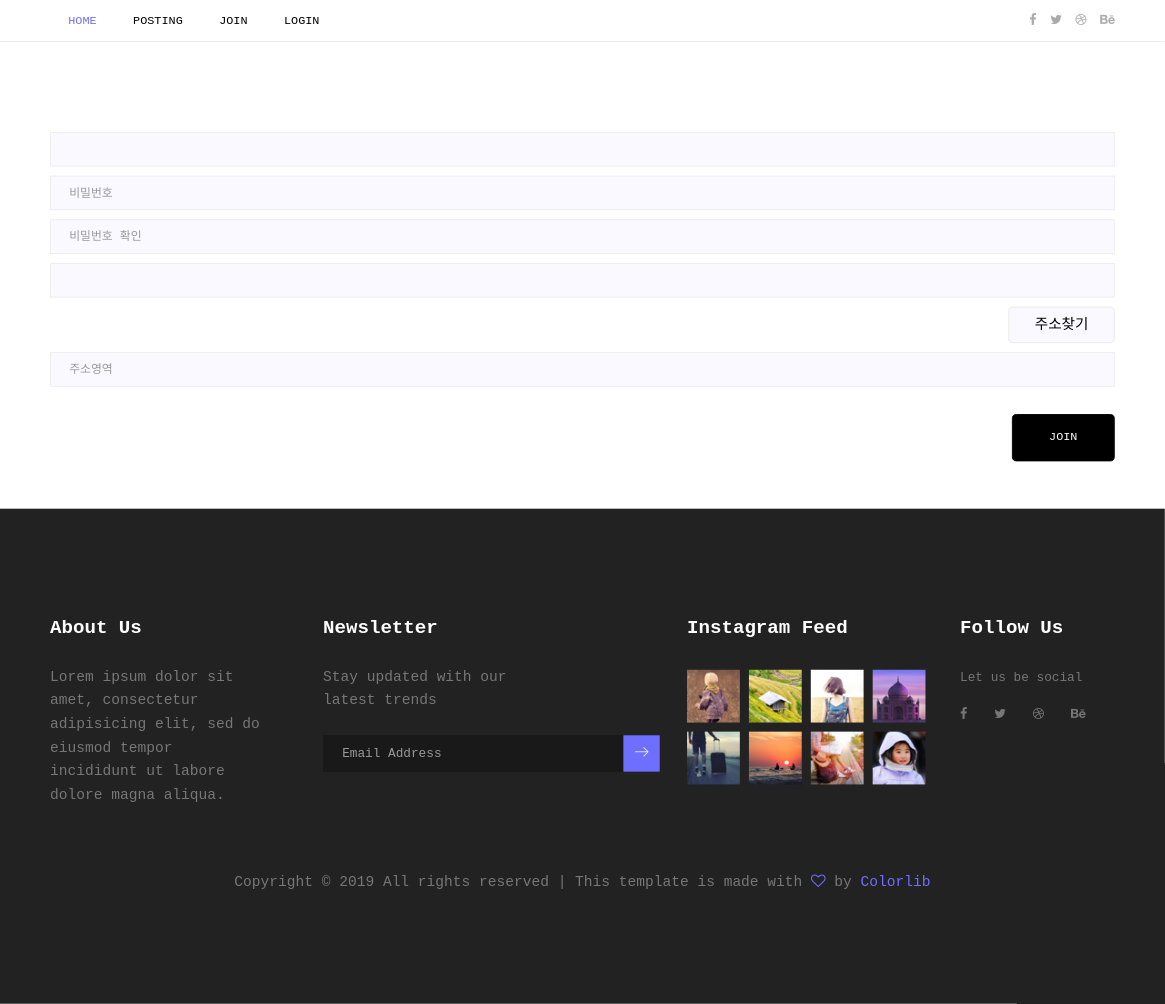
Repository: heonyKim/JSP
Page: http://localhost/blog/user/update.jsp
The author's editor kept a copy of each file at every save. The page is drawn from the files as they stood at one save, then again after the next save.
The browser window is 1280 px wide. The pictures show the whole page, at 91% of full size.
Some web fonts or font styles are not loaded; a fallback is used. The page is served by Tomcat 9.

Above is the page before, as saved 2019-10-31 03:28:15.

After the next save:
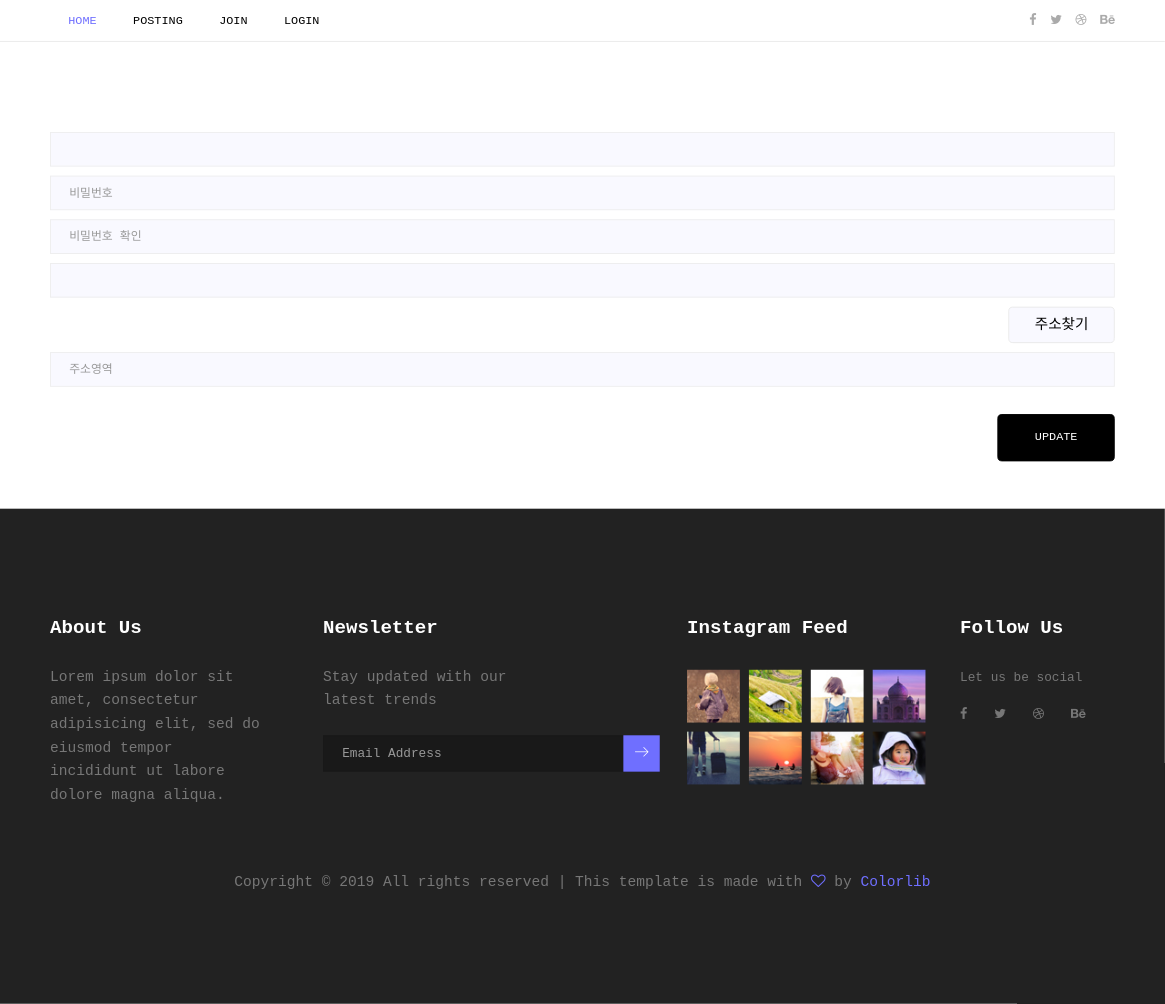
Saved 2 min 48 s later.
--- a/blog_project/blog/WebContent/user/update.jsp
+++ b/blog_project/blog/WebContent/user/update.jsp
@@ -11,7 +11,7 @@
 		<div class="row">
 
 			<div class="col-lg-12">
-				<form class="row contact_form" action="/blog/user?cmd=join" method="POST" id="contactForm" onsubmit="return validateCheck()">
+				<form class="row contact_form" action="/blog/user?cmd=update" method="POST" id="contactForm" onsubmit="return validateCheck()">
 					<div class="col-md-12">
 						<div class="form-group">
 							<input type="text" class="form-control" name="username" value="${sessionScope.user.username}" maxlength="20" readonly>
@@ -50,7 +50,7 @@
 
 
 					<div class="col-md-12 text-right">
-						<button type="submit" value="submit" class="btn submit_btn">JOIN</button>
+						<button type="submit" value="submit" class="btn submit_btn">UPDATE</button>
 					</div>
 				</form>
 			</div>
